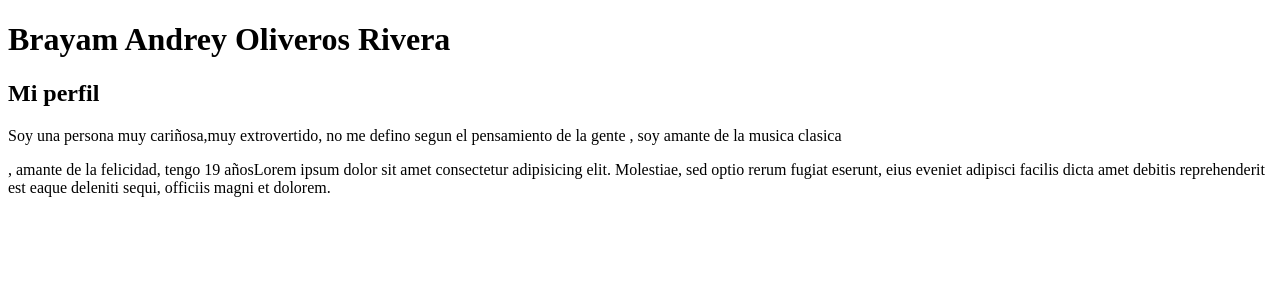
Repository: AndreyRi13/clasesweb
Page: index.html
These files come from the project's save history. The page is drawn as it stood at one moment and after a run of saves; the edit follows.
The browser window is 1280 px wide. The pictures show the whole page.

Above is the page before, as saved 2020-09-17 07:22:49.

After the next 2 saves:
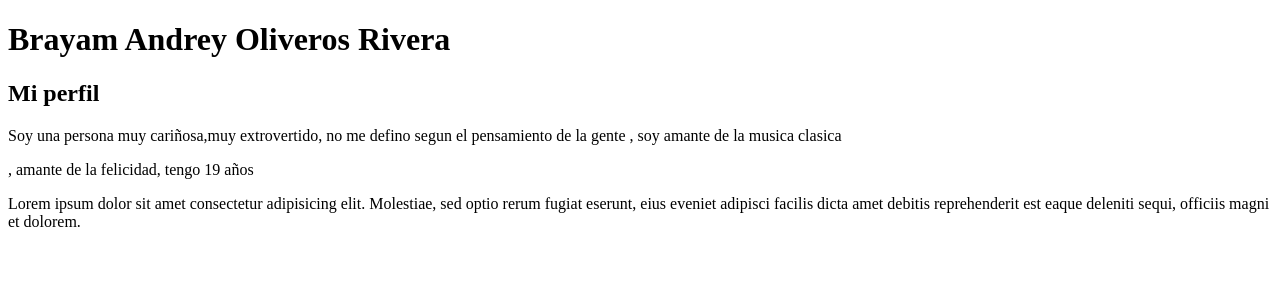
The 2 saves are shown as one change because they came seconds apart.
The last was saved 7 s later.
--- a/index.html
+++ b/index.html
@@ -12,9 +12,9 @@
   <h2>Mi perfil</h2>
 
   <p>Soy una persona muy cariñosa,muy extrovertido, no me defino segun el pensamiento de la gente , soy amante de la musica clasica</p>
-  <p>, amante de la felicidad, tengo 19 años</p<p>Lorem ipsum dolor sit amet consectetur adipisicing elit. Molestiae, sed optio rerum fugiat
-    eserunt, eius eveniet adipisci facilis
-    dicta amet debitis reprehenderit est eaque deleniti sequi, officiis magni et dolorem.</p>
+  <p>, amante de la felicidad, tengo 19 años</p>
+  <p>Lorem ipsum dolor sit amet consectetur adipisicing elit. Molestiae, sed optio rerum fugiat
+    eserunt, eius eveniet adipisci facilis  dicta amet debitis reprehenderit est eaque deleniti sequi, officiis magni et dolorem.</p>
 
 </body>
 </html>
